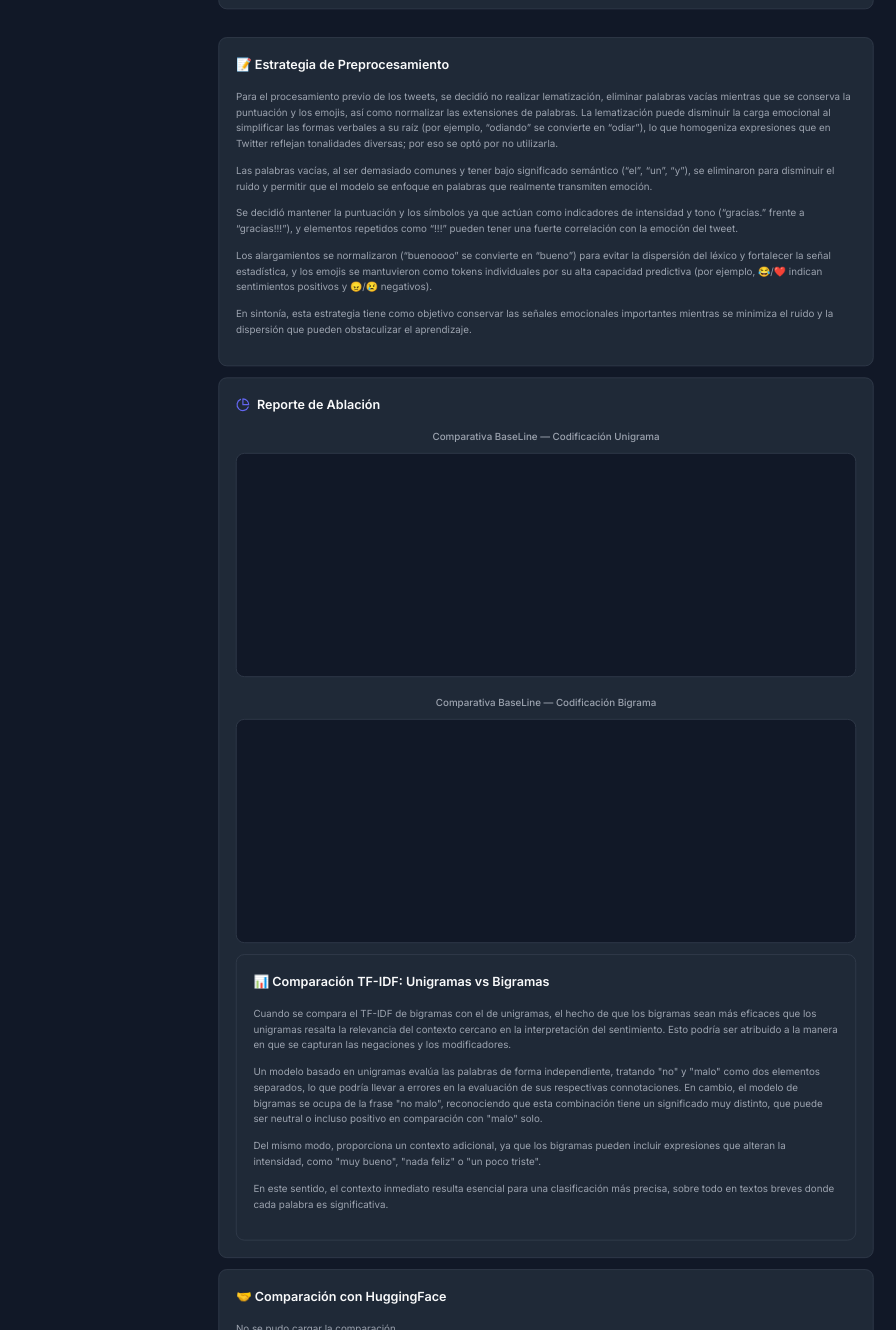
Repository: sergio285/NLP-Sentiment-analysis
Page: pagina/templates/index.html
The author's editor kept a record of every edit. The page is drawn from the files as they stood at one moment, then again after the next edit.
The browser window is 1280 px wide. The pictures show the part of the page from y = 893 to 2793 px (the page is 2883 px tall before and 2985 px after), at 70% of full size.
A picture or video elsewhere on the page could not be fetched, so the positions and the page height are approximate. The page's requests for data from a server got no answer.

Above is the page before.

After the next edit:
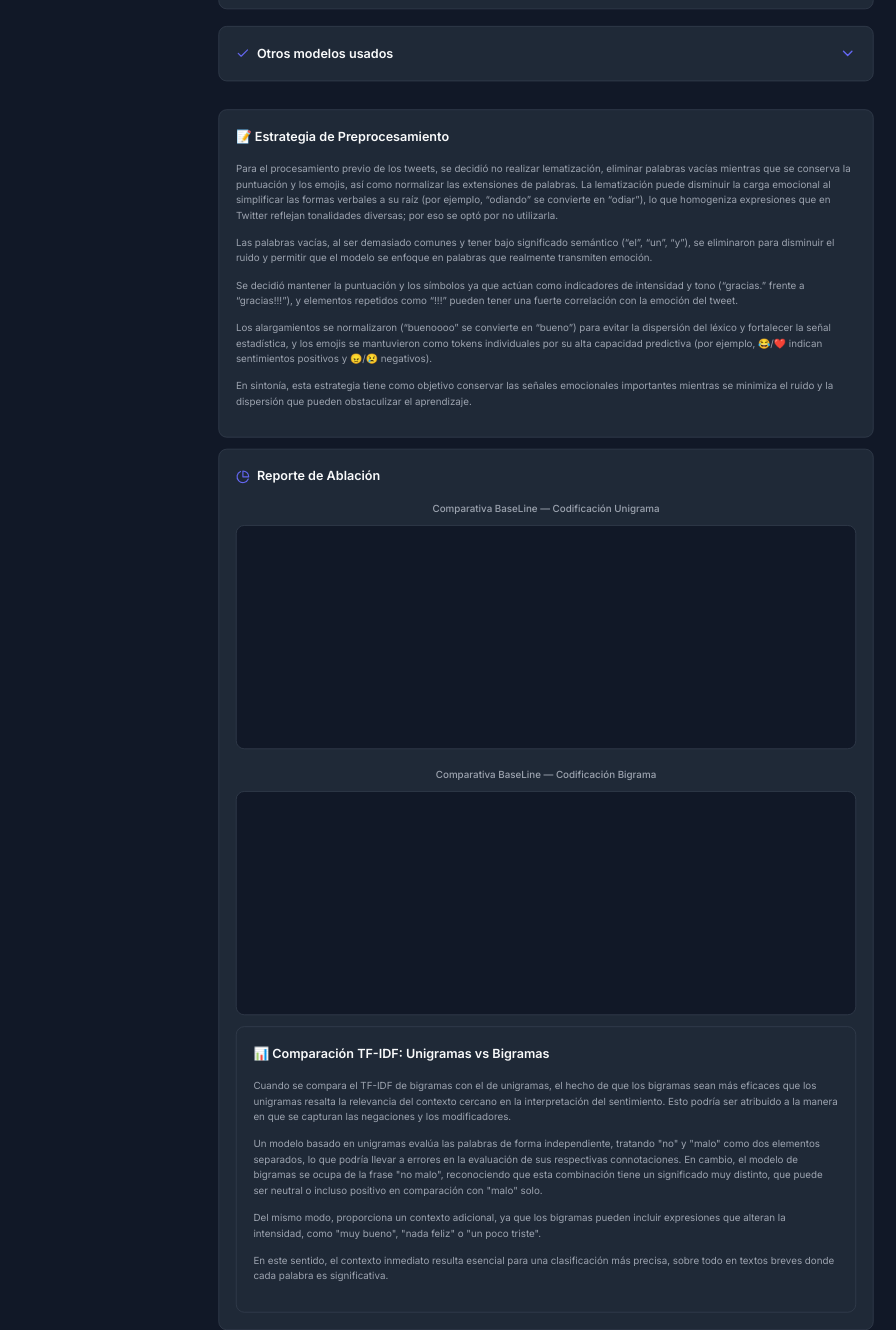
The edit:
--- a/pagina/templates/index.html
+++ b/pagina/templates/index.html
@@ -116,6 +116,57 @@
                             <img src="/confusion-matrix" alt="Matriz de Confusión" width="400" height="auto"/>
                         </div>
                     </div>
+                </div>
+               <div class="card" id="other-models-card">
+                  <div class="card-title card-title-toggle">
+                    <div style="display:flex;align-items:center;gap:10px;">
+                      <svg xmlns="http://www.w3.org/2000/svg" width="20" height="20"
+                           viewBox="0 0 24 24" fill="none" stroke="currentColor"
+                           stroke-width="2" stroke-linecap="round" stroke-linejoin="round">
+                        <path d="M20 6L9 17l-5-5"></path>
+                      </svg>
+                      <span>Otros modelos usados</span>
+                    </div>
+                    <svg class="arrow-icon" xmlns="http://www.w3.org/2000/svg" width="24" height="24"
+                         viewBox="0 0 24 24" fill="none" stroke="currentColor" stroke-width="2"
+                         stroke-linecap="round" stroke-linejoin="round">
+                      <polyline points="6 9 12 15 18 9"></polyline>
+                    </svg>
+                  </div>
+
+                  <div class="collapsible-content">
+                    <div id="other-models" class="grid-col" style="gap:20px;">
+                      <!-- Este contenedor lo llena el JS con:
+                           - Tarjeta "LogisticRegression (modeloFinal)"
+                           - Métricas clave
+                           - Tabla de parámetros
+                      -->
+                    </div>
+
+                    <!-- ===== Figuras estáticas del modelo LogisticRegression (RL) ===== -->
+                    <div class="card" style="margin-top:20px;">
+                      <h3 class="card-title">Comportamiento visual del modelo</h3>
+                      <div class="model-visuals" style="display:grid;grid-template-columns:repeat(auto-fit,minmax(320px,1fr));gap:16px;">
+                        <div>
+                          <h4 class="chart-title">Matriz de Confusión (conteos)</h4>
+                          <p class="card-subtitle">Rendimiento del modelo en el conjunto de prueba.</p>
+                          <img src="/static/images/confusion_matrix_counts.png"
+                               alt="Matriz de Confusión - LogisticRegression"
+                               width="420" height="auto"
+                               style="max-width:100%;border-radius:10px;border:1px solid #374151;"/>
+                        </div>
+                        <div>
+                          <h4 class="chart-title">Curva Precisión–Recall</h4>
+                          <p class="card-subtitle">Relación entre cobertura y precisión del clasificador.</p>
+                          <img src="/static/images/precision_recall_curve.png"
+                               alt="Curva Precisión–Recall - LogisticRegression"
+                               width="420" height="auto"
+                               style="max-width:100%;border-radius:10px;border:1px solid #374151;"/>
+                        </div>
+                      </div>
+                    </div>
+                    <!-- ===== /Figuras estáticas RL ===== -->
+                  </div>
                 </div>
                 <div class="card full-width-card">
                     <h2 class="card-title">📝 Estrategia de Preprocesamiento</h2>
